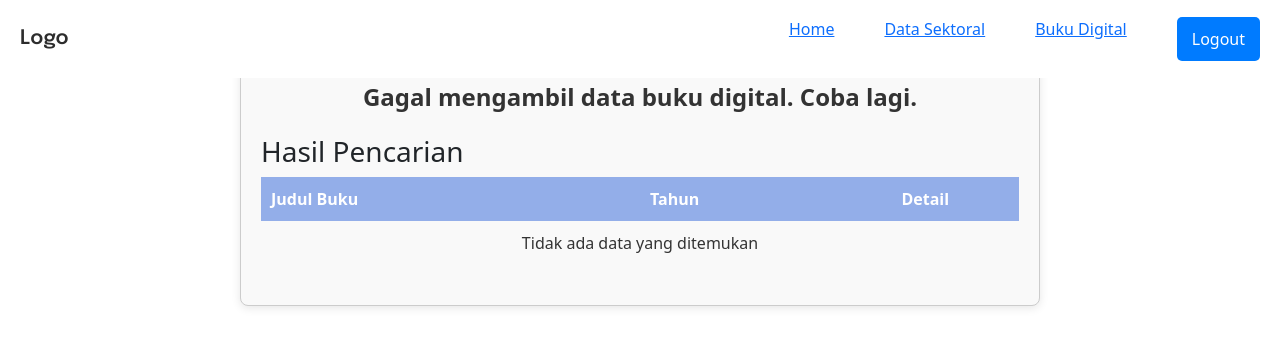
Repository: nida463/Website-PKL
Page: /buku-digital
These files come from the project's save history. The page is drawn as it stood at one moment and after the next save; the edit follows.
The browser window is 1280 px wide. The pictures show the whole page.
The page's requests for data from a server got no answer. The project was rebuilt for these pictures with package versions that can differ from the ones it lists, and the page was loaded fresh each time. No one was signed in, and anything a server would have sent is missing. Also part of the build but not shown: src/Components/auth/Login.js, src/Components/organisms/Navbar.js, src/Components/atoms/Lable.js, src/Components/molecules/header/BrandingSection.js, src/Components/molecules/header/BodyTextH.js, src/Components/atoms/Button.js, src/Components/molecules/header/ButonContact.js, src/Components/atoms/Image.js and 24 more.

Above is the page before, as saved 2024-10-11 14:10:22.

### src/App.js
import React from "react";
import { BrowserRouter as Router, Route, Routes, useNavigate } from "react-router-dom";
import Login from "./Components/auth/Login";
import MainConten from "./Components/template/mainconten";
import Sektoral from "./Components/Page.js/Sektoral";
import BukuDigital from "./Components/Page.js/BukuDigital";
import Error404 from "./Components/Page.js/Error404";
import { login } from "./Components/auth/LoginService";
import NavbarMenu from "./Components/molecules/navbar/NavbarMenu";

function App() {
    return (
        <Router>
            <Routes>
                {/* Route untuk halaman login tanpa Navbar */}
                <Route path="/login" element={<LoginWrapper />} />

                {/* Route untuk halaman dengan Navbar */}
                <Route element={<LayoutWithNavbar />}>
                    <Route path="/" element={<MainConten />} />
                    <Route path="/sektoral" element={<Sektoral />} />
                    <Route path="/buku-digital" element={<BukuDigital />} />
                </Route>

                {/* Route untuk halaman yang tidak ditemukan (404 error) */}
                <Route path="*" element={<Error404 />} /> {/* Menampilkan halaman 404 */}
            </Routes>
        </Router>
    );
}

// Layout untuk halaman dengan Navbar
function LayoutWithNavbar() {
    return (
        <>
            <NavbarMenu />
            <Routes>
                <Route path="/" element={<MainConten />} />
                <Route path="/sektoral" element={<Sektoral />} />
                <Route path="/buku-digital" element={<BukuDigital />} />
            </Routes>
        </>
    );
}

// Fungsi pembungkus untuk login
function LoginWrapper() {
    const navigate = useNavigate();

    const handleLogin = async (nip, password) => {
        try {
            await login(nip, password);
            alert('Login berhasil!');
            navigate('/'); // Mengarahkan ke halaman utama setelah login
        } catch (error) {
            console.error('Login gagal:', error);
            alert('Login gagal: NIP atau password salah.');
        }
    };

    return <Login onLogin={handleLogin} />;
}

export default App;

### src/Components/Page.js/BukuDigital.js
// src/Components/auth/BukuDigital.js
import React, { useState, useEffect } from "react";
import axios from "axios";
import "../../styles/Bukudigital.css";

const BukuDigital = () => {
  const [bukuDigital, setBukuDigital] = useState([]);
  const [loading, setLoading] = useState(true);
  const [error, setError] = useState(null);

  useEffect(() => {
    const fetchData = async () => {
      setLoading(true);
      try {
        const response = await axios.get("http://116.206.212.234:4000/buku-digital");
        if (response.data) {
          setBukuDigital(response.data);
        } else {
          setError("Data tidak ditemukan.");
        }
      } catch (error) {
        console.error("Error fetching data:", error);
        setError("Gagal mengambil data buku digital. Coba lagi.");
      } finally {
        setLoading(false);
      }
    };
    fetchData();
  }, []);

  // Fungsi untuk membuka PDF di tab baru
  const openPDF = (filePath) => {
    const fullUrl = `http://116.206.212.234:4000${filePath.replace("handler/http", "")}`;
    window.open(fullUrl, "_blank");
  };

  return (
    <div className="sektoral-container">
      <div className="sektoral-box">
        <h2 className="sektoral-title">Daftar Buku Digital</h2>
        {error && <p className="error-message">{error}</p>}

        {loading ? (
          <p>Loading...</p>
        ) : (
          <div className="result-table table-striped">
            <h3>Hasil Pencarian</h3>
            <table>
              <thead>
                <tr>
                  <th>Judul Buku</th>
                  <th>Tahun</th>
                  <th>Detail</th>
                </tr>
              </thead>
              <tbody>
                {bukuDigital.length > 0 ? (
                  bukuDigital.map((buku) => (
                    <tr key={buku.id_buku_digital}>
                      <td>{buku.buku}</td>
                      <td>{buku.tahun}</td>
                      <td>
                        <button
                          className="detail-button"
                          onClick={() => openPDF(buku.file)} // Menambahkan fungsi openPDF di sini
                        >
                          Detail
                        </button>
                      </td>
                    </tr>
                  ))
                ) : (
                  <tr>
                    <td colSpan="3">Tidak ada data yang ditemukan</td>
                  </tr>
                )}
              </tbody>
            </table>
          </div>
        )}
      </div>
    </div>
  );
};

export default BukuDigital;

### src/Components/auth/LoginService.js
// src/services/loginService.js
import axios from 'axios';

// Fungsi login untuk memanggil API
export const login = async (nip, password) => {
    try {
        const response = await axios.post('http://116.206.212.234:4000/auth/login', {
            nip: nip,
            password: password
        });

        // Jika API mengembalikan token, simpan di localStorage
        if (response.data.token) {
            localStorage.setItem('token', response.data.token);
            return response.data;
        } else {
            throw new Error('NIP atau password salah');
        }
    } catch (error) {
        throw new Error('Terjadi kesalahan saat login');
    }
};

### src/Components/molecules/navbar/NavbarMenu.js
// src/components/molecules/navbar/NavbarMenu.js
import React from "react";
import { Link } from "react-router-dom"; // Mengimpor Link dari react-router-dom
import NavbarItem from "../../atoms/navbar/NavbarItem";

const NavbarMenu = () => {
  return (
    <nav className="navbar">
      <div className="navbar-logo">
        <NavbarItem label="Logo" /> {/* Jika Anda ingin logo ditampilkan */}
      </div>
      <ul className="navbar-menu">
        <li>
          <Link to="/">
            <NavbarItem label="Home" className="navbar-item" />
          </Link>
        </li>
        <li>
          <Link to="/sektoral">
            <NavbarItem label="Data Sektoral" className="navbar-item" />
          </Link>
        </li>
        <li>
          <Link to="/buku-digital">
            <NavbarItem label="Buku Digital" className="navbar-item" />
          </Link>
        </li>
        <li>
          <button
            className="logout-button"
            onClick={() => {
              localStorage.removeItem("token"); // Hapus token saat logout
              window.location.href = "/"; // Arahkan ke halaman login setelah logout
            }}
          >
            Logout
          </button>
        </li>
      </ul>
    </nav>
  );
};

export default NavbarMenu;

### src/styles/Login.css
/* styles/login.css */
.login-container {
    width: 100%;
    max-width: 400px;
    margin: auto;
    padding: 20px;
    border: 1px solid #ccc;
    border-radius: 8px;
    box-shadow: 0 2px 10px rgba(0, 0, 0, 0.1);
    background-color: #f9f9f9;
}

h2 {
    text-align: center;
    margin-bottom: 20px;
    color: #333;
    font-size: 18px; /* Ukuran font judul */
}

.login-form {
    display: flex;
    flex-direction: column;
}

.form-group {
    margin-bottom: 15px;
}

label {
    margin-bottom: 5px;
    font-weight: bold;
    color: #555;
}

.login-input {
    padding: 12px; /* Menambah padding agar input lebih nyaman */
    border: 1px solid #ccc;
    border-radius: 4px;
    font-size: 14px;
    transition: border-color 0.3s ease;
    width: 100%; /* Memastikan input menggunakan lebar penuh */
}

.login-input:focus {
    border-color: #007BFF;
    outline: none;
}

.error-message {
    color: red;
    text-align: center;
    margin-top: 10px;
}

.login-button {
    padding: 10px;
    border: none;
    border-radius: 4px;
    background-color: #007BFF;
    color: white;
    font-size: 16px;
    cursor: pointer;
    transition: background-color 0.3s ease;
}

.login-button:hover {
    background-color: #0056b3;
}

### src/styles/Sektoral.css
.sektoral-container {
    width: 100%;
    max-width: 800px;
    margin: auto;
    padding: 20px;
    border: 1px solid #ccc;
    border-radius: 8px;
    box-shadow: 0 2px 10px rgba(0, 0, 0, 0.1);
    background-color: #f9f9f9;
}

.sektoral-title {
    text-align: center;
    margin-bottom: 20px;
    color: #333;
}

.search-form {
    margin-bottom: 20px;
}

.search-inputs {
    display: flex;
    justify-content: flex-start;
    gap: 10px;
    flex-wrap: wrap;
}

.search-input {
    padding: 8px;
    border: 1px solid #ccc;
    border-radius: 4px;
    font-size: 14px;
    flex: 1 1 150px; /* Ukuran minimum untuk input */
    min-width: 120px; /* Lebar minimum */
}

.search-button {
    padding: 8px;
    border: none;
    border-radius: 4px;
    background-color: #007BFF;
    color: white;
    font-size: 14px;
    cursor: pointer;
    flex: 0 0 100px; /* Lebar tombol pencarian */
    transition: background-color 0.3s ease, transform 0.2s ease;
}

.search-button:hover {
    background-color: #0056b3;
    transform: scale(1.05); /* Efek zoom saat hover */
}

.sektoral-results {
    margin-top: 20px;
    margin-bottom: 20px;
}

.sektoral-table {
    width: 100%;
    border-collapse: collapse;
}

.sektoral-table th,
.sektoral-table td {
    border: 1px solid #ccc;
    padding: 8px;
    text-align: left;
}

.column-number {
    width: 25px !important; /* Lebar kolom nomor */
    text-align: center; /* Menyelaraskan teks di tengah */
}

.column-uraian {
    width: 45% !important; /* Lebar kolom untuk uraian */
}

.column-kategori {
    width: 30% !important; /* Lebar kolom untuk kategori */
}

/* CSS untuk Pagination */
.pagination {
    margin-top: 20px;
    display: flex;
    justify-content: space-between;
    align-items: center;
}

.page-info {
    margin: 0 auto;
    font-size: 16px;
}

.pagination-button {
    background-color: #66b3ff; /* Biru muda */
    border: none;
    padding: 8px 12px;
    cursor: pointer;
    color: white;
    border-radius: 4px;
    transition: background-color 0.3s ease, transform 0.2s ease;
}

.pagination-button:disabled {
    background-color: #ddd;
    cursor: not-allowed;
}

.pagination-button:hover:not(:disabled) {
    background-color: #0056b3; /* Biru lebih tua saat hover */
    transform: scale(1.05); /* Efek zoom saat hover */
}

/* Tambahan untuk memberikan jarak antara judul dan tabel */
.sektoral-results {
    margin-top: 40px; /* Menambah jarak di atas tabel */
}

### src/styles/Bukudigital.css
/* styles/bukudigital.css */

.sektoral-container {
    width: 100%;
    max-width: 800px;
    margin: auto;
    padding: 20px;
    border: 1px solid #ccc;
    border-radius: 8px;
    box-shadow: 0 2px 10px rgba(0, 0, 0, 0.1);
    background-color: #f9f9f9;
}

.sektoral-title {
    text-align: center;
    margin-bottom: 20px;
    color: #333;
}

.result-table {
    margin-top: 20px;
}

table {
    width: 100%;
    border-collapse: collapse;
    margin-bottom: 20px;
}

th, td {
    border: 1px solid #ccc;
    padding: 10px;
    text-align: left;
    vertical-align: middle;
}

th {
    background-color: #93aee9; /* Warna header lebih menonjol */
    color: white;
    font-weight: bold;
    text-align: center;
}

td {
    background-color: #f9f9f9; /* Warna kolom data */
    color: #333;
}

tr:nth-child(even) td {
    background-color: #f1f1f1; /* Baris genap dengan warna lebih terang */
}

tr:hover td {
    background-color: #e0f7fa; /* Efek hover pada setiap baris */
}

th:first-child, td:first-child {
    width: 50%; /* Lebar kolom Judul Buku lebih besar */
}

th:last-child, td:last-child {
    text-align: center;
}

.detail-button {
    padding: 8px 12px;
    border: none;
    border-radius: 4px;
    background-color: #007BFF;
    color: white;
    font-size: 14px;
    cursor: pointer;
    transition: background-color 0.3s ease;
}

.detail-button:hover {
    background-color: #0056b3;
}

.pdf-preview {
    margin-top: 20px;
}

.error-message {
    color: red;
    font-weight: bold;
}

### src/styles/Error404.css
/* src/styles/Error404.css */
.error-container {
    text-align: center;
    padding: 50px;
}

.error-title {
    font-size: 100px;
    font-weight: bold;
    color: #e70101; /* Warna merah/oranye terang */
}

.error-message {
    font-size: 24px;
    color: #333;
    margin-bottom: 20px;
}

.error-link {
    display: inline-block;
    padding: 10px 20px;
    background-color: #e70101; /* Warna merah/oranye terang */
    color: white;
    text-decoration: none;
    border-radius: 5px;
}

.error-link:hover {
    background-color: #e5533d; /* Warna hover sedikit lebih gelap */
}

### src/Components/atoms/navbar/NavbarItem.js
// src/components/atoms/navbar/NavbarItem.js
import React from 'react';

const NavbarItem = ({ label, href }) => {
  return (
    <div>
      <a href={href}>{label}</a>
    </div>
  );
};

export default NavbarItem;

### src/styles/Navbar.css
:root {
  --navbar-color: #FFFFFF;
  --logo-font-family: "Epilogue", sans-serif;
  --logo-font-size: 20px;
  --logo-font-weight: 600;
  --logo-line-height: 30px;
  --menu-font-family: "Epilogue", sans-serif;
  --menu-font-size: 17px;
  --menu-font-weight: 400;
  --menu-line-height: 27px;
}

.navbar {
  display: flex;
  width: 100%;
  height: 78px;
  justify-content: space-between;
  align-items: center;
  background-color: var(--navbar-color);
  position: fixed !important;
  top: 0;
  left: 0;
  right: 0;
  z-index: 999;
  box-shadow: 0 2px 10px rgba(255, 254, 254, 0.1);
}

/* Styling untuk brand dan menu */
.navbar-brand {
  display: flex;
  align-items: center;
  text-decoration: none;
  list-style: none;
}

.navbar-brand a {
  font-family: var(--logo-font-family);
  font-size: var(--logo-font-size);
  font-weight: var(--logo-font-weight);
  line-height: var(--logo-line-height);
  color: #2D2D2D;
  text-decoration: none;
  margin-left: 10px;
  padding: 42px 24px;
}

.navbar-menu {
  list-style: none;
  display: flex;
  margin: 0; /* Hapus margin agar tidak ada jarak */
  padding: 0; /* Hapus padding */
  gap: 30px;
}

.navbar-menu li {
  margin-left: 20px;
  border-bottom: none; /* Pastikan tidak ada border-bottom pada list item */
}

.navbar-item {
  text-decoration: none;
  color: #333;
  font-family: var(--menu-font-family);
  font-size: var(--menu-font-size);
  font-weight: var(--menu-font-weight);
  line-height: var(--menu-line-height);
  text-align: left;
  padding: 10px 15px; /* Tambahkan padding untuk area klik yang lebih besar */
  transition: color 0.3s ease; /* Animasi transisi warna */
}

/* Tambahkan efek hover */
.navbar-item:hover {
  color: #007BFF; /* Ubah warna saat hover */
}

/* Kelas untuk item aktif */
.navbar-item.active {
  font-weight: bold; /* Membuat teks lebih tebal saat aktif */
  border-bottom: none; /* Hapus garis bawah untuk item aktif */
}

/* Untuk menghapus garis bawah pada item menu */
.navbar-item:not(.active) {
  border-bottom: none; /* Pastikan tidak ada garis bawah untuk item yang tidak aktif */
}

.navbar-menu li:last-child {
  margin-right: 20px;
}

.navbar-logo {
  width: 49px;
  height: 30px;
  font-family: var(--logo-font-family);
  font-size: var(--logo-font-size);
  font-weight: var(--logo-font-weight);
  line-height: var(--logo-line-height);
  color: #2D2D2D;
  display: flex;
  align-items: center;
  margin-left: 20px;
}

/* Styling untuk tombol logout */
.logout-button {
  background-color: #007BFF; /* Warna biru */
  color: white; /* Teks berwarna putih */
  border: none; /* Tanpa border */
  border-radius: 5px; /* Sudut yang lebih halus */
  padding: 10px 15px; /* Padding untuk tombol */
  cursor: pointer; /* Menunjukkan bahwa ini adalah tombol */
  transition: background-color 0.3s ease; /* Transisi warna saat hover */
}

.logout-button:hover {
  background-color: darkblue; /* Warna saat hover */
}

### src/styles/Header.css
:root {
  --layout-width: auto;
  --layout-padding: 42px 68px;
  --layout-gap: 68px;
  --layout-opacity: 1;
}

.layout {
  display: flex;
  width: var(--layout-width);
  padding: var(--layout-padding);
  gap: var(--layout-gap);
  justify-content: space-between;
  background-color: #ffffff;
  align-items: center;
  margin-top: 5rem;
}


.text-section {
  flex: 2;
}


.image-section {
  flex: 2;
  display: flex;
  align-items: center;
  justify-content: center;
}


.image-section img {
  width: 500px;
  height: 380px;
  ;
}



.brand {
  font-family: "Epilogue", sans-serif;
  font-size: 20px;
  font-weight: 600;
  line-height: 30px;
  text-align: left;
  margin-bottom: 10px;
}


.visual{
  font-family: "Epilogue", sans-serif;
  font-size: 68px;
  font-weight: 600;
  line-height: 69.7px;
  text-align: left;
  margin-bottom: 20px;
}


.description {
  font-family: "Epilogue", sans-serif;
  font-size: 17px;
  font-weight: 400;
  line-height: 27px;
  text-align: left;
}


.button-link {
  font-family: "Epilogue", sans-serif;
  font-size: 20px;
  font-weight: 600;
  line-height: 30px;
  text-align: center;
  margin-top: 20px;
  background-color: #2d2d2d;
  width: 211px;
  height: 78px;
  padding: 24px 64px;
  display: flex;
  align-items: center;
  justify-content: center;
  opacity: 1;
  cursor: pointer;
  color: #ffffff;
  text-decoration: none;
}


.button-link:hover {
  background-color: #007bff;
}

Loaded but not shown: public/index.html (common file); src/index.js (common file); src/index.css (common file); src/reportWebVitals.js (common file)

After the next save:
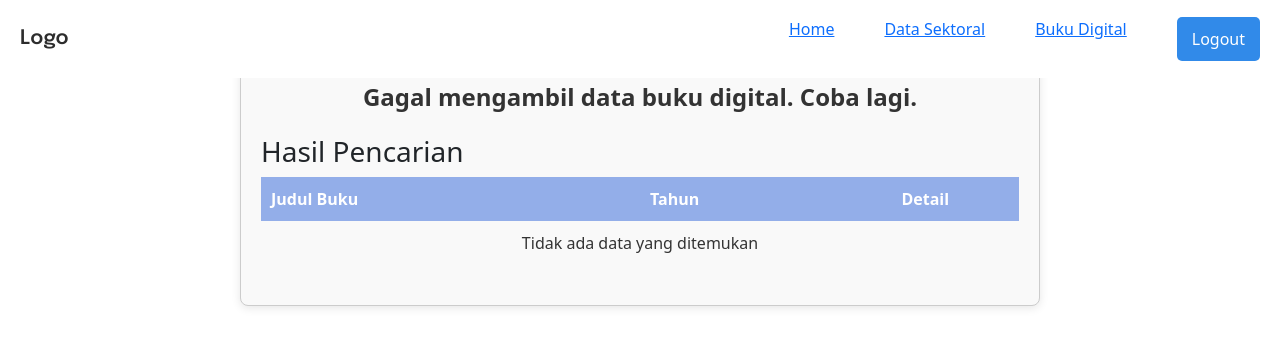
Saved 2 min 18 s later.
--- a/src/styles/Navbar.css
+++ b/src/styles/Navbar.css
@@ -104,7 +104,7 @@
 
 /* Styling untuk tombol logout */
 .logout-button {
-  background-color: #007BFF; /* Warna biru */
+  background-color: #318ae9; /* Warna biru */
   color: white; /* Teks berwarna putih */
   border: none; /* Tanpa border */
   border-radius: 5px; /* Sudut yang lebih halus */
